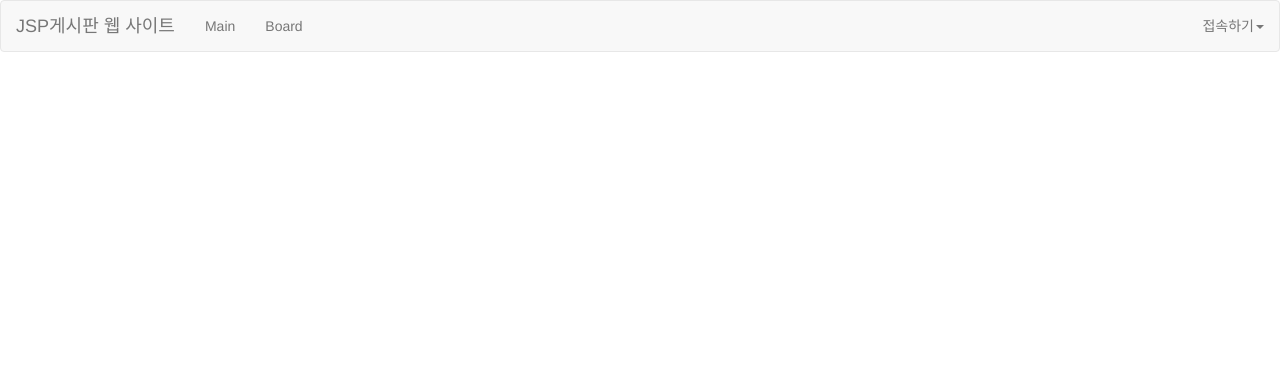
Repository: kwonsye/JSP_Board
Page: http://localhost/BBS/login.jsp
An editor plug-in stored every save of this project. The page is shown before and after the next save, followed by the edit.
The browser window is 1280 px wide. The pictures show the whole page.
Some web libraries are served in a nearby version. The page is served by Tomcat 9. Other server files are loaded and not shown.

Above is the page before, as saved 2019-01-03 10:02:30.

### projects/BBS/WebContent/login.jsp
<%@ page language="java" contentType="text/html; charset=UTF-8"
    pageEncoding="UTF-8"%>
<!DOCTYPE html>
<html>
<head>
<meta http-equiv="Content-Type" content="text/html; charset=UTF-8">
<meta name="viewport" content="width=device-width" initial-scale="1">
<link rel="stylesheet" href="css/bootstrap.css">
<title>로그인 페이지 테스트</title>
</head>
<body>
	<!-- 자바스크립트 파일 추가 -->
	<script src="https://code.jquery.com/jquery-3.1.1.min.js"></script>
	<script src="js/bootstrap.js"></script>
	<!-- 네비게이션 메뉴바 달기 -->
	<nav class="navbar navbar-default">
		<div class="navbar-header">
			<button type="button" class="navbar-toggle collapsed"
				data-toggle="collapse" data-target="#bs-example-navbar-collapse-1"
				aria-expanded="false">
				<span class="icon-bar"></span>
				<span class="icon-bar"></span>
				<span class="icon-bar"></span>
			</button>
			<a class="navbar-brand" href="main.jsp">JSP게시판 웹 사이트</a>
		</div>
		<div class="collapse navbar-collapse" id="bs-example-navbar-collapse-1">
			<ul class="nav navbar-nav">
				<li><a href="main.jsp">Main</a></li>
				<li><a href="bbs.jsp">Board</a></li>
			</ul>
			<ul class="nav navbar-nav navbar-right">
				<li class="dropdown">
					<a href="#" class="dropdown-toggle" data-toggle="dropdown" role="button" aria-haspopup="true"
						aria-expanded="false">접속하기<span class="caret"></span></a>
					<ul class="dropdown-menu">
						<li class="active"><a href="login.jsp">로그인</a></li>
						<li><a href="join.jsp">회원가입</a></li>

					</ul>

				</li>

			</ul>
		</div>
	</nav>
</body>
</html>

Loaded but not shown: projects/BBS/WebContent/css/bootstrap.css (library); projects/BBS/WebContent/js/bootstrap.js (library)

After the next save:
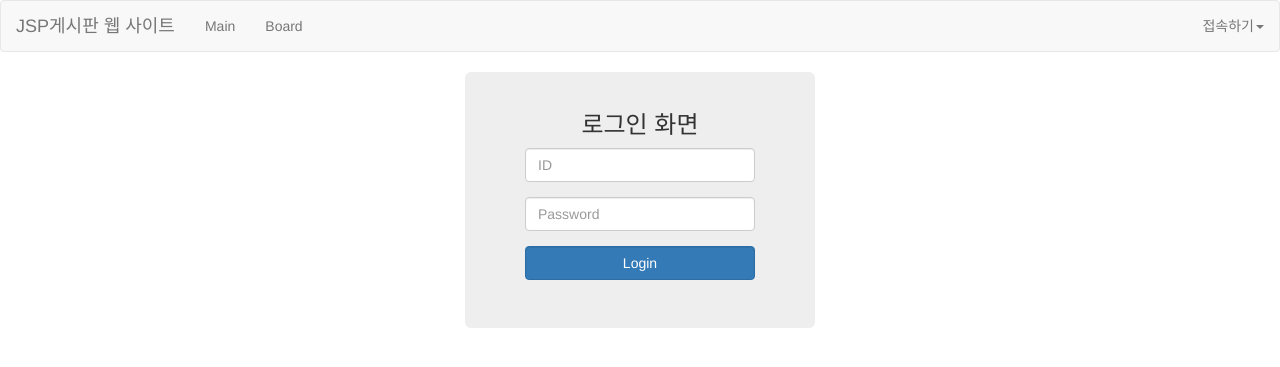
Saved 16 min 7 s later.
--- a/projects/BBS/WebContent/login.jsp
+++ b/projects/BBS/WebContent/login.jsp
@@ -36,13 +36,31 @@
 					<ul class="dropdown-menu">
 						<li class="active"><a href="login.jsp">로그인</a></li>
 						<li><a href="join.jsp">회원가입</a></li>
-
 					</ul>
-
 				</li>
-
 			</ul>
 		</div>
 	</nav>
+
+	<div class="container">
+		<div class="col-lg-4"></div>
+		<div class="col-lg-4">
+		<!-- 로그인 박스 -->
+			<div class="jumbotron" style="padding-top:20px;">
+				<form method="post" action="loginAction.jsp"><!-- loginAction.jsp로 입력한 내용을 보낸다 -->
+					<h3 style="text-align:center;">로그인 화면</h3>
+					<!-- 입력받는 폼-->
+					<div class="form-group">
+						<input type="text" class="form-control" placeholder="ID" name="userID" maxlength="20">
+					</div>
+					<div class="form-group">
+						<input type="password" class="form-control" placeholder="Password" name="userPassword" maxlength="20">
+					</div>
+					<input type="submit" class="btn btn-primary form-control" value="Login">
+				</form>
+			</div>
+		</div>
+		<div class="col-lg-4"></div>
+	</div>
 </body>
 </html>
